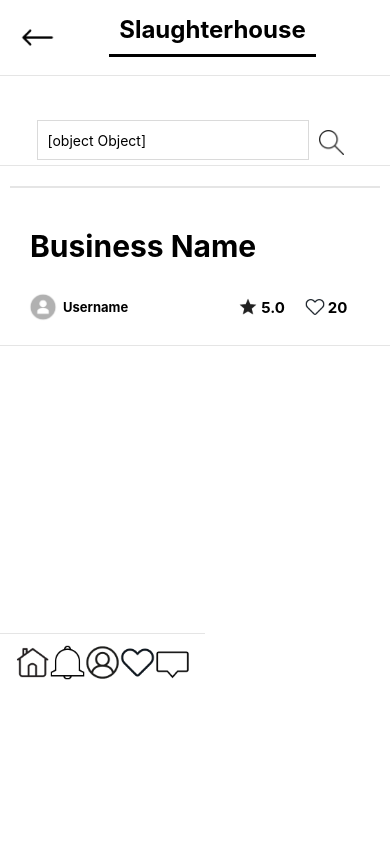
Repository: Evelyn-ZYW/FarmilyFrontEnd
Screen: / (app in react_native_app/MyApp/)
An editor plug-in stored every save of this project. The screen is shown before and after the next save, followed by the edit.
Pictures or frames that could not be fetched are drawn as grey boxes. The app was drawn by React Native's web renderer in a window 390 px wide. The project was rebuilt for these pictures with package versions that can differ from the ones it lists, and the page was loaded fresh each time. Also part of the build but not shown: react_native_app/MyApp/storybook/stories/CenterView/style.js, react_native_app/MyApp/comps/ForumPost/index.js, react_native_app/MyApp/pages/ForumBoard/index.js, react_native_app/MyApp/comps/MsgBox/index.js, react_native_app/MyApp/pages/MessageMain/index.js, react_native_app/MyApp/comps/TradePost/index.js, react_native_app/MyApp/pages/MpBoard/index.js, react_native_app/MyApp/comps/ShListing/index.js and 43 more.

Above is the screen before, as saved 2020-11-15 18:36:58.

### react_native_app/MyApp/App.js
/**
 * Sample React Native App
 * https://github.com/facebook/react-native
 *
 * @format
 * @flow strict-local
 */

import React from 'react';
import { View, StyleSheet, ScrollView } from 'react-native';
import { NativeRouter, Route, Link } from "react-router-native";
import {NavigationContainer} from '@react-navigation/native';
import MapView from 'react-native-maps';

import ForumBoard from './pages/ForumBoard';
import MessageMain from './pages/MessageMain';
import MpBoard from './pages/MpBoard';
import ShMain from './pages/ShMain';
import ShFilter from './pages/ShFilter';
import ShInfo from './pages/ShInfo';
import Main1 from './pages/Main1';
import Main2 from './pages/Main2';
import OneDiscussion from './pages/OneDiscussion';
import Home from './pages/Home';
import Login from './pages/Login';
import SignUp from './pages/SignUp';
import ForgetP from './pages/ForgetP';
import ResetP from './pages/ResetP';
import ShBusiness from './pages/ShBusiness';

// Rauqel's pages
import ComfirmInfo from './pages/ComfirmInfo';
import PopUp from './pages/Popup';
import Profile from './pages/Profile';
import Favorite from './pages/Favorite';
import Notification from './pages/Notification';
import MpDiscussion from './pages/MpDiscussion';
import PostDiscussion from './pages/PostDiscussion';
import AuthNavigator from './AuthNavigation/AuthNavigator';

{/* <View style={styles.container}>
    {/* <ForumBoard /> */}
    {/* <MessageMain /> */}
    {/* <MpBoard /> */}
    // <ShMain />
    // <ShFilter />
    {/* <PopUp /> */}
    {/* <Main1 /> */}
    {/* <Main2 /> */}
    {/* <Profile/> */}
    {/* <Favorite/> */}
    {/* <ComfirmInfo /> */}
    {/* <Notification/> */}
    {/* <OneDiscussion /> */}
        {/* <MpDiscussion /> */}
        {/*<PostDiscussion />*/}
    {/*<Home />*/}
    {/* <Login /> */}
    {/*<SignUp /> */}
    {/*<ForgetP />*/}
    {/* <ResetP /> */}




const App = () => {
  return (
  // <NavigationContainer>
  //   <AuthNavigator/>
  // </NavigationContainer>
  <ShInfo />
  );
};

const styles = StyleSheet.create({
  container: {
    flex: 1,
    //  marginTop:"10%",
    //  marginBottom:"5%",
    //  backgroundColor:"#DADADA",
    //  justifyContent:"center",
    //  alignItems:"center"
  }
})

export default App;
// export { default } from './storybook';

### react_native_app/MyApp/pages/ShInfo/index.js
import React from 'react';
import { View, StyleSheet, ScrollView, Image} from 'react-native';
import MapView from 'react-native-maps';


import Header from '../../comps/Header';
import UserTextInput from '../../comps/Inputs';
import MapCont from '../../comps/MapCont';
import ShBusinessComp from '../../comps/ShBusinessComp';
import Navigation from '../../comps/Navigation';

const styles = StyleSheet.create({
    container: {
        flex: 1
    },
    scroll: {
        maxHeight:"100%",
        width:"100%",
        marginTop: 80
    },
    icon: {
        resizeMode: "contain",
        maxWidth: 25,
        maxHeight: 25,
        margin: 10
    },
    midcont:{
        display: "flex",
        marginTop:40,
        alignItems: 'center',
        justifyContent: "center"
    },
    continput:{
        width: 200,
        height: 200
    },
    userinput:{
        display: "flex",
        flexDirection: "row",
        justifyContent: "center",
        marginBottom:10,
        borderBottomColor:"#E5E5E5",
        borderBottomWidth:1.5,
        minWidth: "100%",
        minHeight: "15%",
    },
    Navi:{
        position:"absolute",
        top:698
    },
});

const ShInfo = () => {
    return (
        <View style={styles.container}>
            <View>
                <Header
                    text="Slaughterhouse"
                    iconRight={require('../../public/more.png')}
                    iconLeft={require('../../public/back.png')}
                    bottomColor="#00AC64"
                />
            </View>

            <View style={styles.midcont}>
                <ScrollView style={styles.scroll}>
                   <View style={styles.userinput}>
                        <UserTextInput
                        placeholder="Search"
                        />
                        <Image
                            source={require('../../public/search.png')}
                            style={styles.icon}
                        />
                    </View>

                    <MapCont style-={styles.continput} >
                        <MapView
                            initialRegion={{
                            latitude: 37.78825,
                            longitude: -122.4324,
                            latitudeDelta: 0.0922,
                            longitudeDelta: 0.0421,
                            }}
                    />
                    </MapCont>

                    <View>
                        <ShBusinessComp />
                    </View>
                </ScrollView>
            </View>


            <View style={styles.Navi}><Navigation /></View>
        </View>
    );
};

export default ShInfo;

### react_native_app/MyApp/comps/Header/index.js
import React from "react";
import { View, Text, StyleSheet, Image } from "react-native";

const styles = StyleSheet.create({
    headerBox:{
        position: "absolute",
        top: 0,
        borderBottomColor:"#E5E5E5",
        borderBottomWidth:1.5,
        minWidth: "100%",
        minHeight: "15%",
    },
    innerHeadBox:{
        // borderWidth: 1,
        alignItems:"center",
        flexDirection:"row",
        margin:5,
        justifyContent:"space-between",

    },
    innerText:{
        borderBottomWidth:3,
        padding:10,
        marginBottom:13,
        justifyContent:"center",

    },
    headIconL:{
        position:"relative",
        left:15,
        maxHeight:35,
        maxWidth:35,
        resizeMode:"contain"
    },
    headText:{
        fontWeight:"bold",
        fontSize:24,
    },
    headIconR:{
        position:"relative",
        right:15,
        maxHeight:35,
        maxWidth:35,
        resizeMode:"contain"
    },
    logo:{
        resizeMode:"contain",
        maxWidth:300,
    }
});

const Header = ({iconLeft, text, iconRight, bottomColor, logo}) => {
  return (
    <View style={styles.headerBox}>
        <Image source={logo} style={styles.logo} />
        <View style={styles.innerHeadBox}>
            <Image source={iconLeft} style={styles.headIconL}/>
            <View style={styles.innerText} borderBottomColor={bottomColor}>
                <Text style={styles.headText}>{text}</Text>
            </View>
            <Image source={iconRight} style={styles.headIconR}/>
        </View>
    </View>
  );
};

Header.defaultProps = {
    iconLeft:null,
    text: null,
    iconRight:null,
    bottomColor: null,
    logo: null
};

export default Header;

### react_native_app/MyApp/comps/Navigation/index.js
import React from "react";
import { View, Text, StyleSheet, Image } from "react-native";




const styles = StyleSheet.create({
  naviBox: {
    position: "absolute",
    bottom: 10,
    justifyContent: "space-around",
    alignItems: "center",
    flexDirection: "row",
    borderTopWidth: 1.5,
    borderTopColor: "#E5E5E5",
    minWidth: "100%",
    backgroundColor:"white",
    paddingLeft:15,
    paddingRight:15
    // zIndex: 2,

  },
  icons: {
    width: 35,
    marginTop: "2%",
    resizeMode: "contain",

  }
});

const Navigation = ({ }) => {
  return (
    <View style={styles.naviBox}>
      <Image source={require('../../public/home.png')} style={styles.icons} />
      <Image source={require('../../public/notification.png')} style={styles.icons} />
      <Image source={require('../../public/profile.png')} style={styles.icons} />
      <Image source={require('../../public/heart.png')} style={styles.icons} />
      <Image source={require('../../public/chat.png')} style={styles.icons} />
    </View>
  );
};

Navigation.defaultProps = {

};

export default Navigation;

### react_native_app/MyApp/comps/Inputs/index.js
import React, { Component } from "react";
import { TextInput, StyleSheet } from "react-native";

const UserTextInput = ({text, placeholder}) => {
  const [value, onChangeText] = React.useState({text});

  return (

    <TextInput
      style={{
        height: 40,
        width: 272,
        borderColor: "#DADADA",
        borderWidth: 1,
        padding:10
      }}
      onChangeText={(text) => onChangeText(text)}

      value={value}
      placeholder={placeholder}
      placeholderTextColor="#000000"
    />
  );
};
const styles = StyleSheet.create({
  container: {
    backgroundColor:"#797",
    flex:1,
  }
});
UserTextInput.defaultProps = {
  text: "yes",
  placeholder:"placeholder"
};
export default UserTextInput;

### react_native_app/MyApp/comps/MapCont/index.js
import React, { Component } from "react";
import {View, StyleSheet } from "react-native";

const MapCont = ({width, height}) => {

  return (
    <View style={styles.mapCont}
    width={width}
    height={height}
    >
    </View>

  );
};
const styles = StyleSheet.create({
  mapCont: {
    flex:1,
    borderColor:"#E5E5E5",
    borderWidth:1.5,
    margin: 10
  }
});

MapCont.defaultProps = {
    width: 360,
    height: 360
};
export default MapCont;

### react_native_app/MyApp/comps/ShBusinessComp/index.js
import React from "react";
import { View, Text, StyleSheet, Image } from "react-native";
import ShHeart from "../ShHeart";
import ShReview from "../ShReview";
import ShUser from "../ShUser";

const styles = StyleSheet.create({
    ShBuisnessCont:{
      paddingTop:30,
      paddingLeft:20,
      paddingRight:30,
      paddingBottom:15,
      borderBottomColor:"#E5E5E5",
      borderBottomWidth: 1.5,
      backgroundColor:"#FFFFFF",
    },
    ShBusinName:{
      fontSize: 30,
      fontWeight:"bold",
      marginLeft:10,
      marginBottom:20
    },
    ShBusinBox:{
      display:"flex",
      flexDirection:"row",
    },
    ShBusinBoxStar:{
      display:"flex",
      flexDirection:"row",
      position: "relative",
      left: "30%"
    },
    ShBusinBoxHeart:{
      display:"flex",
      flexDirection:"row",
      position: "relative",
      left: "30%"
    }

});

const ShBusinessComp = ({NameText}) => {
  return (
    <View style={styles.ShBuisnessCont}>
        <Text style={styles.ShBusinName}>{NameText}</Text>
        <View style={styles.ShBusinBox}>
          <ShUser/>
          <View style={styles.ShBusinBoxStar}><ShReview /></View>
          <View style={styles.ShBusinBoxHeart}><ShHeart /></View>
        </View>
    </View>
  );
};

ShBusinessComp.defaultProps = {
  NameText:"Business Name"
};

export default ShBusinessComp;

### react_native_app/MyApp/comps/ShHeart/index.js
import React from "react";
import { View, Text, StyleSheet, Image } from "react-native";

const styles = StyleSheet.create({
    ShReviewCont:{
        display:"flex",
        flexDirection:"row",
        alignItems:"center",
        marginLeft:20
    },
    Shheart:{
        width:20,
        height:20
    },
    ShFavoriteNumber:{
        fontSize:15,
        fontWeight:"bold",
        marginLeft:3
    }
});

const ShHeart = ({ShFavNum}) => {
  return (
    <View style={styles.ShReviewCont}>
        <Image source={require('./heart.png')} style={styles.Shheart}/>
        <Text style={styles.ShFavoriteNumber}>{ShFavNum}</Text>
    </View>
  );
};

ShHeart.defaultProps = {
    ShFavNum:"20"
};

export default ShHeart;

### react_native_app/MyApp/comps/ShReview/index.js
import React from "react";
import { View, Text, StyleSheet, Image } from "react-native";

const styles = StyleSheet.create({
    ShReviewCont:{
        display:"flex",
        flexDirection:"row",
        alignItems:"center",
    },
    ShStar:{
        width:20,
        height:20
    },
    ShReviewNumber:{
        fontSize:15,
        fontWeight:"bold",
        marginLeft:3
    }
});

const ShReview = ({ShreviewNum}) => {
  return (
    <View style={styles.ShReviewCont}>
        <Image source={require('./star.png')} style={styles.ShStar}/>
        <Text style={styles.ShReviewNumber}>{ShreviewNum}</Text>
    </View>
  );
};

ShReview.defaultProps = {
    ShreviewNum:"5.0"
};

export default ShReview;

### react_native_app/MyApp/comps/ShUser/index.js
import React from "react";
import { View, Text, StyleSheet, Image } from "react-native";

const styles = StyleSheet.create({
    ShUserCont:{
        display:"flex",
        flexDirection:"row",
        alignItems:"center",
        margin:8
    },
    userimg:{
        width:30,
        height:30
    },
    username:{
        fontSize:13,
        fontWeight:"bold",
        textAlign:"center",
        marginLeft:5
    }

});

const ShUser = ({userImg,userName}) => {
  return (
    <View style={styles.ShUserCont}>
        <Image //Will use Expo ImagePicker API here instead, just need guidance for this part...
                source={userImg} style={styles.userimg}/>
        <Text //needs to link with backend
        style={styles.username}>{userName}</Text>

    </View>
  );
};

ShUser.defaultProps = {
  NameText:"Default",
  userImg: require('./user.png'),
  userName:"Username"
};

export default ShUser;

After the next save:
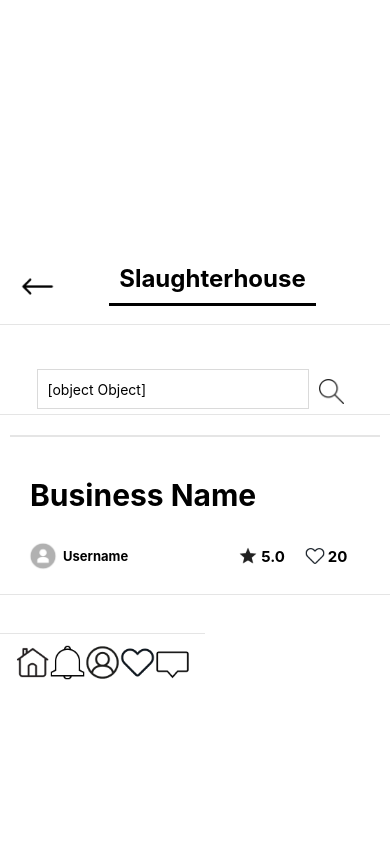
Saved 4 min 29 s later.
--- a/react_native_app/MyApp/pages/ShInfo/index.js
+++ b/react_native_app/MyApp/pages/ShInfo/index.js
@@ -11,7 +11,8 @@ import Navigation from '../../comps/Navigation';
 
 const styles = StyleSheet.create({
     container: {
-        flex: 1
+        flex: 1,
+        justifyContent: "center"
     },
     scroll: {
         maxHeight:"100%",
